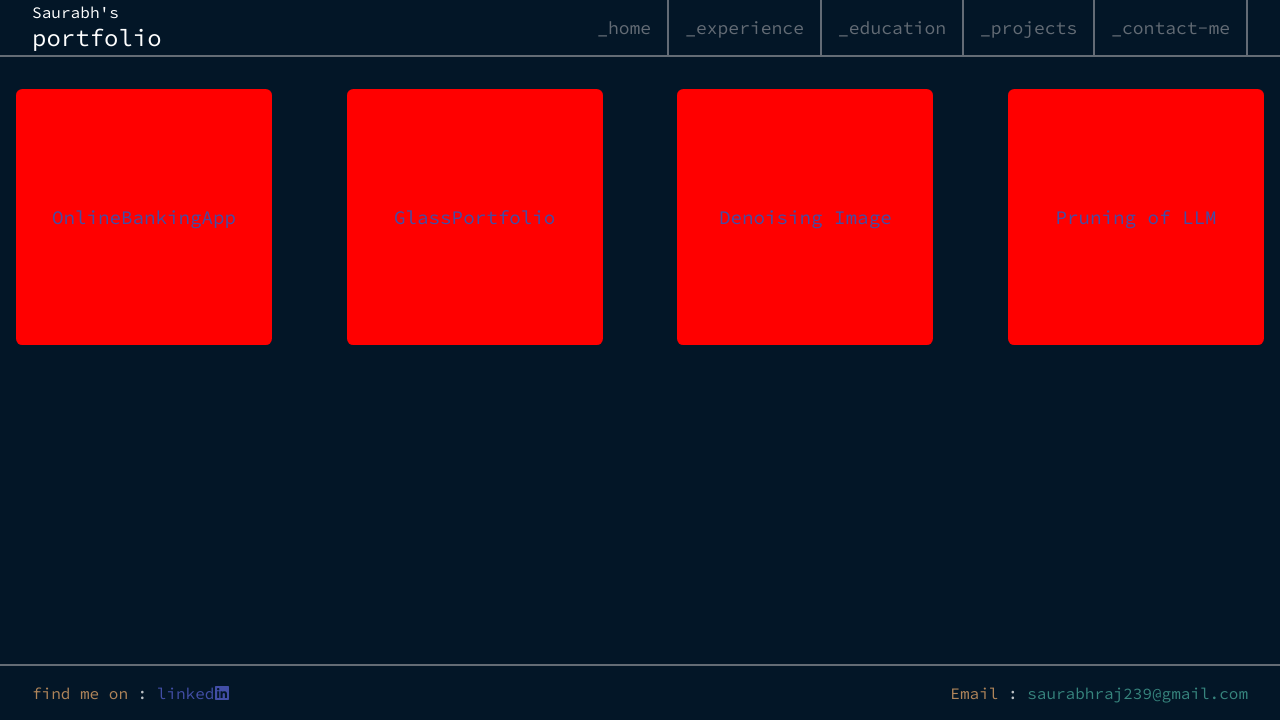
Repository: saurabhraj23/FrontendReactPortfolio
Page: /projects
An editor plug-in stored every save of this project. The page is shown before and after the next save, followed by the edit.
The browser window is 1280 px wide. The pictures show the whole page.
The project was rebuilt for these pictures with package versions that can differ from the ones it lists, and the page was loaded fresh each time. Also part of the build but not shown: vite.config.js, src/components/Education.jsx, src/components/Experience.jsx, src/components/Contacts.jsx, src/styles/default-page.css, src/components/DefaultPage.jsx.

Above is the page before, as saved 2024-07-23 14:56:34.

### index.html
<!doctype html>
<html lang="en">
  <head>
    <meta charset="UTF-8" />
    <link rel="icon" type="image/svg+xml" href="" />
    <meta name="viewport" content="width=device-width, initial-scale=1.0" />
    <title>Saurabh's portfolio</title>
  </head>
  <body>
    <div id="root"></div>
    <script type="module" src="/src/main.jsx"></script>
  </body>
</html>

### src/App.jsx
import React from "react";
import { BrowserRouter as Router, Route, Routes } from "react-router-dom";
import "./styles/App.css";
import Home from "./components/Home";
import Education from "./components/Education";
import Experience from "./components/Experience";
import Contacts from "./components/Contacts";
import Projects from "./components/Projects";
import Heading from "./components/Heading";
import Footer from "./components/Footer";
import DefaultPage from "./components/DefaultPage";

function App() {
  return (
    <div className="main">
      <Router>
        <Heading />
        <Routes>
          <Route path="/" element={<Home />}>
            <Route path="/" element={<DefaultPage />} />
            <Route path="/education" element={<Education />} />
            <Route path="/experience" element={<Experience />} />
            <Route path="/contacts" element={<Contacts />} />
            <Route path="/projects" element={<Projects />} />
          </Route>
        </Routes>
        <Footer />
      </Router>
    </div>
  );
}

export default App;

### src/styles/App.css
@import "./color.css";
@import "./experience.css";
@import "./education.css";
@import "./project.css";
@import "./header.css";
@import "./contact-me.css";
@import "./footer.css";
@import "./default-page.css";


*{
  margin:0;
  padding: 0;
  box-sizing: border-box;
  font-family: "Source Code Pro";
  font-weight: 400;
}

.main{
  background-color: var(--bg-color);
  color: var(--primary-white);
  height: 100vh;
  width: 100%;
  display: grid;
  grid-template-rows: 1fr 8fr 1fr;
  grid-template-columns: 4fr 3fr;
}

### src/components/Home.jsx
import React from "react";
import { Outlet } from "react-router-dom";

function Home() {
  return (
    <>
      <Outlet />
    </>
  );
}

export default Home;

### src/components/Projects.jsx
import React from "react";
import "../styles/App.css";
import { Link } from "react-router-dom";
import py from "../assets/py.png";
function Projects() {
  return (
    <>
      <div className="projects-left-side"></div>
      <div className="projects-right-side">
        <Link to={"https://github.com/saurabhraj23/OnlineBankingAppKPMG"}>
          <button className="project-item">
            <span>
              <span className="skills">
                <span className="skill-heading">Skills Used</span>
                <span>
                  Java , SpringBoot , React , Javascript , MYSQL , CSS , HTML
                </span>
              </span>
              <span>
                This Project was part of my KPMG Internship.In this I was
                assigned the task to implement security in the Web App.I have
                successfuly secured the app using RSA encryption technique.
              </span>
            </span>
            <span>OnlineBankingApp</span>
          </button>
        </Link>
        <Link to={"https://github.com/saurabhraj23/Glass-Portfolio"}>
          <button className="project-item">
            <span>
              <span className="skills">
                <span className="skill-heading">Skills Used :</span>
                <span>HTML , CSS , Javascript</span>
              </span>
              <span>
                The Website consists of some animation with glass design
                interface.Javascript DOM is used to perform click event.CSS
                property is extensively used to give the portfolio website a
                desirable look.
              </span>
            </span>
            <span>GlassPortfolio</span>
          </button>
        </Link>
        <Link to={"https://github.com/saurabhraj23/Denoising-Image"}>
          <button className="project-item">
            <span>
              <span className="skills">
                <span className="skill-heading">Skills Used</span>
                <span>Python , OpenCV</span>
              </span>
              <span>
                This project was meant to remove the periodic noise from the
                image by using Butterworth Low Pass Filter.
              </span>
            </span>
            <span>Denoising Image</span>
          </button>
        </Link>
        <Link to={"https://github.com/saurabhraj23/Pruning"}>
          <button className="project-item">
            <span>
              <span className="skills">
                <span className="skill-heading">Skills Used :</span>
                <span>Python , Flask , HuggingFace-cli , Linux</span>
              </span>
              <span>
                The Project aimed to demonstrate the capabilities of Kortex in
                enhancing AI-based operations within KPMG.I successfully
                completed the tasks assigned to me by implementing User
                Management functionalities , Optimizing and Prunining LLM models
                within Kortex.
              </span>
            </span>
            <span> Pruning of LLM</span>
          </button>
        </Link>
      </div>
    </>
  );
}

export default Projects;

### src/components/Heading.jsx
import React from "react";
import Navbar from "./Navbar";
function Heading() {
  return (
    <header className={"heading"}>
      <h2>
        <h6>Saurabh's</h6>
        portfolio
      </h2>
      <Navbar />
    </header>
  );
}

export default Heading;

### src/components/Footer.jsx
import React from "react";
import { Link } from "react-router-dom";
import { FaLinkedin } from "react-icons/fa";

function Footer() {
  return (
    <footer className="footer">
      <div>
        <span>find me on</span> <span>&nbsp;:</span>
        <Link to={"https://www.linkedin.com/in/saurabhraj239/"}>
          <span>
            &nbsp;linked
            <FaLinkedin />
          </span>
        </Link>
      </div>
      <div>
        <span>Email</span> <span> :</span>
        <span> saurabhraj239@gmail.com</span>
      </div>
    </footer>
  );
}

export default Footer;

### src/styles/color.css
@import url('https://fonts.googleapis.com/css2?family=Source+Code+Pro:ital,wght@0,200..900;1,200..900&display=swap');

:root {
--bg-color:#031627;
--primary-white:#fff;
--primary-dark:#d3d0d076;
--secondary-blue:#424ea6;
--tertiary-green:#37857e;
--tertiary-green-dark:#77E4C8;
--tertiary-brown-light:#D4BDAC;
--tertiary-orange:#b0855a;

}

### src/styles/experience.css
@import "./color.css";

.experience-left-side{
  display: none;
}
.experience-right-side{
  margin: 2rem;
  grid-column: 1/3;

}
.experience-right-side > div:first-child{
  display: flex;
  justify-content: space-between;
}
.experience-right-side>div:first-child>span:nth-child(2) span{
display: inline-block;
}
.experience-right-side>div:first-child>span:nth-child(2)>span:nth-child(2){
  animation: present 2s infinite alternate ease-in-out;

}

@keyframes present {
  from{

    opacity: 0;
  }
  to{

    opacity: 1;
  }
}

.experience-right-side>div:first-child>span:first-child{
  font-size: 1.4rem;
  color: var(--secondary-blue);
  font-weight: 600;
  margin-bottom: 3rem;
  text-decoration: underline;
}

.experience-right-side span{
  display: block;
}

.internship-details{
  display: flex;
  flex-direction: column;
}
.internship-details>span:first-child{
  font-size: 1.2rem;
  color: var(--tertiary-green);
  font-weight: 600;
  letter-spacing: 0.2rem;
  margin-bottom:1rem ;


}
.internship-details>span:nth-child(2){
  /* letter-spacing: 0.1rem; */
  color: var(--tertiary-brown-light);

}

.internship-details>span:nth-child(2)>span:first-child{
  font-size: 1.1rem;
  font-weight: 500;
  color: var(--tertiary-orange);

}


.internship-details>span:first-child span{
  display: inline-block;

}

.internship-details>span:nth-child(2)>span:first-child{
  letter-spacing: 0.2rem;
}

.internship-details>span:first-child>span:first-child{
  animation: arrowMove 1.6s infinite alternate ease-in-out;
  }

.fte-details{
  display: flex;
  flex-direction: column;
  margin-top: 2rem;

}
.fte-details>span:first-child{
  font-size: 1.2rem;
  color: var(--tertiary-green);
  font-weight: 600;
  letter-spacing: 0.2rem;
  margin-bottom: 1rem;

}

.fte-details>span:nth-child(2){
  color: var(--tertiary-brown-light);
}

.fte-details>span:nth-child(2)>span:nth-child(1)>span:first-child{
  color: var(--tertiary-orange);
  font-size: 1.1rem;
  font-weight: 500;
  }

.fte-details>span:nth-child(2)>span:nth-child(2)>span:first-child{
  letter-spacing: 0.2rem;
}
.fte-details>span:nth-child(2)>span:nth-child(1)>span:first-child{
  letter-spacing: 0.2rem;
}

.fte-details>span:nth-child(2)>span:nth-child(2){
  margin-top: 1rem;
}
.fte-details>span:nth-child(2)>span:nth-child(2)>span:first-child{
font-size: 1.1rem;
font-weight: 500;
color: var(--tertiary-orange);
}

.fte-details>span:first-child span{
  display: inline-block;
}

.fte-details>span:first-child>span:first-child{
animation: arrowMove 1.6s infinite alternate ease-in-out;
}

@keyframes arrowMove {
  from{
    transform: translateX(-0.6rem);
  }
  to{
    transform: translateX(0);
  }
}

.current-working  span{
  display: inline-block;
  animation: colorChange 2s infinite alternate ease-in-out ;

}

@keyframes colorChange {
  from{
color: var(--tertiary-brown-light);
  }

  to{
    color: var(--primary-white);

  }
}
.current-working{
  display: flex;
  flex-direction: row;
}

### src/styles/education.css
 @import "./color.css";

.education-left-side{
  display: none;
}
.education-right-side{
  margin: 2rem ;
  grid-column: 1/3;

}

.education-right-side{
  display: flex;
  flex-direction: column;
}

.degrees{
  display: flex;
  justify-content: space-between;
  margin-bottom: 2rem;
}

.degrees>span:first-child>h2{
  color: var(--tertiary-orange);
}
.degrees>span:first-child>h4{
  color: var(--tertiary-green);
}
.degrees>span:first-child>h5{
  color: var(--tertiary-brown-light);
  font-weight: 600;
}

.degrees>span:first-child>h3{
  display: flex;
  flex-direction: row;
}

.degrees>span:first-child>h3>span:nth-child(2){
  color: var(--tertiary-green-dark);
  animation: passed 2s infinite alternate ease-in-out;
}

@keyframes passed {
  from{
opacity: 0;
  }
  to{
opacity: 1;
  }
}
.degrees span:first-child {
  display: flex;
  flex-direction: column;
  gap: 0.6rem;
}
.degree-year{
  color: var(--tertiary-orange);
}

### src/styles/project.css
.projects-left-side{
  border: 1px solid red;
  display: none;
}
.projects-right-side{
  grid-column: 1/3;
  padding: 1rem;
  display: flex;
  justify-content: space-between;
  text-decoration: none;
}

.projects-right-side > a{
  text-decoration: none;
}

.project-item{
  width: 20vw;
  height: 20vw;
  display: flex;
  justify-content: center;
  align-items: center;
  position: relative;
  flex-direction: column;
  border-radius: 0.4rem ;
  border: none;
  background-color: red;

}

.project-item:hover{
  cursor: pointer;
  box-shadow: 0 0.12rem 0.6rem 0.2rem var(--tertiary-orange);
  border: 0.20rem solid var(--secondary-blue);


}

.project-item span{
  display: inline-block;
  padding: 0.5rem;
}


.project-item>span:first-child{
  display: none;
}

.project-item:hover span:first-child{
  display: contents;
  color: var(--tertiary-orange);
  transition: all 2s;
}

.project-item>span:last-child{
  color: var(--secondary-blue);
transition: all 2s;
font-size: 1.2rem;
}

.project-item:hover >span:last-child{
  width: 100%;
  position: absolute;
  bottom: 0;
  text-align: center;
  font-size: 1.4rem;
  }

  .project-item:hover::before{
content: "_click to visit the github repo";
position: absolute;
bottom: -2rem;
color: var(--tertiary-orange);
  }

### src/styles/header.css
.heading{
  grid-column: 1/3;
  display: flex;
  justify-content: space-between;
  align-items: center;
  border-bottom: 0.16rem solid var(--primary-dark);
  padding:0 2rem;
  margin-bottom: 1rem;
  }

  nav button{
    padding: 1rem;
    background-color: transparent;
    cursor: pointer;
    font-size: large;
    color: var(--primary-dark);
    border: none;
    border-right: 0.16rem solid var(--primary-dark);
  }

  nav button:hover{
    color: var(--primary-white);
    box-shadow: inset 0 -0.16rem 0 0 var(--tertiary-green);

  }

  .active{
    /* box-shadow: inset 0 -0.16rem 0 0 var(--tertiary-green); */
    color: var(--tertiary-green);
  }

### src/styles/contact-me.css
@import "../styles/color.css";

.contact-me-left-side{
  display: none;
}

.contact-me-right-side{
  grid-column: 1/3;
  display: grid;
  grid-template-columns: 2fr 1.1fr;
padding:  0 2rem;
}

.contact-me-left{
  /* border: 1px solid green; */
  padding: 1rem 2rem;
display: flex;
flex-direction: column;
gap: 0.7rem;

}

.contact-me-right{
  background-color: var(--primary-white);
  border-radius: 3%;
  padding: 1rem 2rem;
  color: var(--tertiary-green);
}

.image{
display: flex;
flex-direction: column;
align-items: center;
justify-content: center;
position: relative;
}

.image>img{
  width: 40%;
  object-fit: contain;
  border-radius: 50%;
  position: relative;
  z-index: 10;
}

.contact-me-left>span:first-child {
  font-size: 2.2rem;
  letter-spacing: 0.4rem;
  font-weight: 500;
}
.contact-me-left>span:first-child span{
  font-size: 2rem;
  letter-spacing: 0.4rem;
  color: var(--tertiary-green-dark);
  font-weight: 500;

}

.contact-me-left span{
  font-size: 1rem;
}
.contact-me-left a{
  text-decoration: none;
}
.contact-me-left a:visited{
color: var(--primary-white);
}

.circle{
  /* border: 1px solid red; */
  width: 44%;
  padding-top: 44%;
  border-radius: 50%;
  position: absolute;
  background-color: var(--tertiary-green);
  /* transform: translateX(-4rem); */
  z-index: 8;
  animation: round 4s infinite alternate ease-in-out;
}

@keyframes round {
  from{
background-color: val(--bg-color);
transform: scale(0);
  }
  50%{
    background-color: val(--secondary-blue);
    transform: scale(0.9);
  }
  to{
    background-color: val(--tertiary-green);
    transform: scale(1);
  }
}

.contact-details>span:first-child{
color: var(--tertiary-green-dark);
}

form{
display: flex;
flex-direction: column;
font-size: larger;
letter-spacing: 0.1rem;


}
.contact-me-form-heading{
text-align: center;
font-size: 2rem;
  width: 100%;

padding: 0.6rem;
border-radius: 0.4rem;
letter-spacing: 0.2rem;
box-shadow: 0 0.12rem 0 0.2rem var(--tertiary-green);

}


.contact-me-form-heading>span{

}

.fields{
  display: flex;
  flex-direction: column;
  margin-top: 1.8rem;

}

.fields>input{
  height: 2rem;
  border: none;
  outline: none;
  border-bottom: 0.16rem solid var(--primary-dark);
  font-size: 1rem;
  box-sizing:border-box;
  padding: 0.6rem;
  letter-spacing: 0.1rem;


}

.fields>input:focus{
border-bottom: 0.2rem solid var(--tertiary-green);

}

form div:nth-of-type(5)>textarea{
/* height: 8rem; */
outline: 0.12rem solid var(--primary-dark);
border-radius: 0.4rem;
padding-left: 1rem;
margin-top: 1rem;
padding: 0;
border: none;
border-bottom: 0.16rem solid var(--primary-dark);
font-size: 1rem;
resize: none;
box-sizing: border-box;
padding:0.6rem ;
}

.fields>textarea:focus{
  /* border-bottom: 0.2rem solid var(--tertiary-green); */
  box-shadow: 0 0.2rem 0 0 var(--tertiary-green)

  }

form> button{
font-size: large;
padding: 0.6rem 0.6rem;
border-radius: 2rem;
border: none;
cursor: pointer;
color: var(--primary-white);
background-color: var(--tertiary-green);
margin-top: 1rem;
}

.radio{
  display: flex;
  flex-direction: row;
  justify-content: space-evenly;
padding-top: 2rem;
}

.radio>span>label{
margin-left: 1rem;
/* font-size: larger; */
}

.radio>span>input{
  scale: 1.2;
  }

### src/styles/footer.css
.footer{
  grid-column: 1/3;
  display: flex;
  flex-direction: row;
  justify-content: space-between;
  align-items: center;
  padding: 0 2rem;
  border-top: 0.16rem solid var(--primary-dark);
margin-top: 1rem;
}

.footer > div:first-child{
  display: flex;
  align-items: center;
  justify-content: center;
}

.footer > div:first-child > span:first-child{
  color: var(--tertiary-orange);
}
.footer > div:first-child > a>span{
  color: var(--secondary-blue);
  display: flex;
  align-items: center;
  justify-content: center;
}

.footer > div:nth-of-type(2) > span:nth-of-type(1){
  color: var(--tertiary-orange);
}
.footer > div:nth-of-type(2) > span:nth-of-type(3){
  color: var(--tertiary-green);
}

.footer>div:first-child >a{
text-decoration: none;
color: var(--secondary-blue);
}

.footer>div:first-child span:nth-child(2){
  animation: blink 2s infinite alternate linear;
}
.footer>div:last-child span:nth-child(2){
  animation: blink 2s infinite alternate linear;
  color: white;
}

@keyframes blink {
  from{
    opacity: 0;
  }
  to{
    opacity: 1;
  }
}

### src/components/Navbar.jsx
import React, { useRef, useState } from "react";
import { Link } from "react-router-dom";

function Navbar() {
  const navBar = [
    { path: "/", label: "_home" },
    { path: "/experience", label: "_experience" },
    { path: "/education", label: "_education" },
    { path: "/projects", label: "_projects" },
    { path: "/contacts", label: "_contact-me" },
  ];

  const [activeIndex, setActiveIndex] = useState(false);

  return (
    <nav>
      {navBar.map((element, idx) => (
        <Link key={idx} to={element.path}>
          <button
            className={activeIndex === idx ? "active" : ""}
            onClick={() => {
              setActiveIndex(idx);
            }}
          >
            {element.label}
          </button>
        </Link>
      ))}
    </nav>
  );
}

export default Navbar;

Loaded but not shown: src/main.jsx (common file); src/index.css (no stored copy; drawn as an empty file)

After the next save:
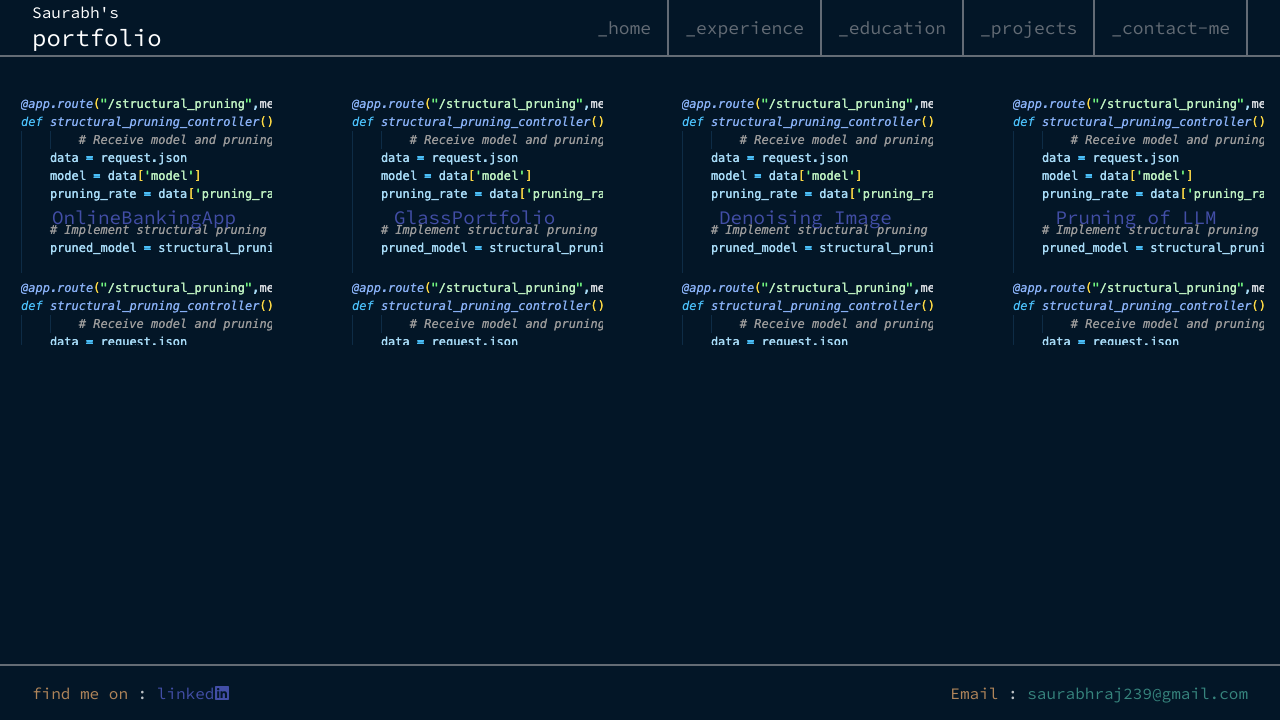
Saved 20 s later.
--- a/src/styles/project.css
+++ b/src/styles/project.css
@@ -24,7 +24,7 @@
   flex-direction: column;
   border-radius: 0.4rem ;
   border: none;
-  background-color: red;
+  background-image: url(../assets/py.png);
 
 }
 
